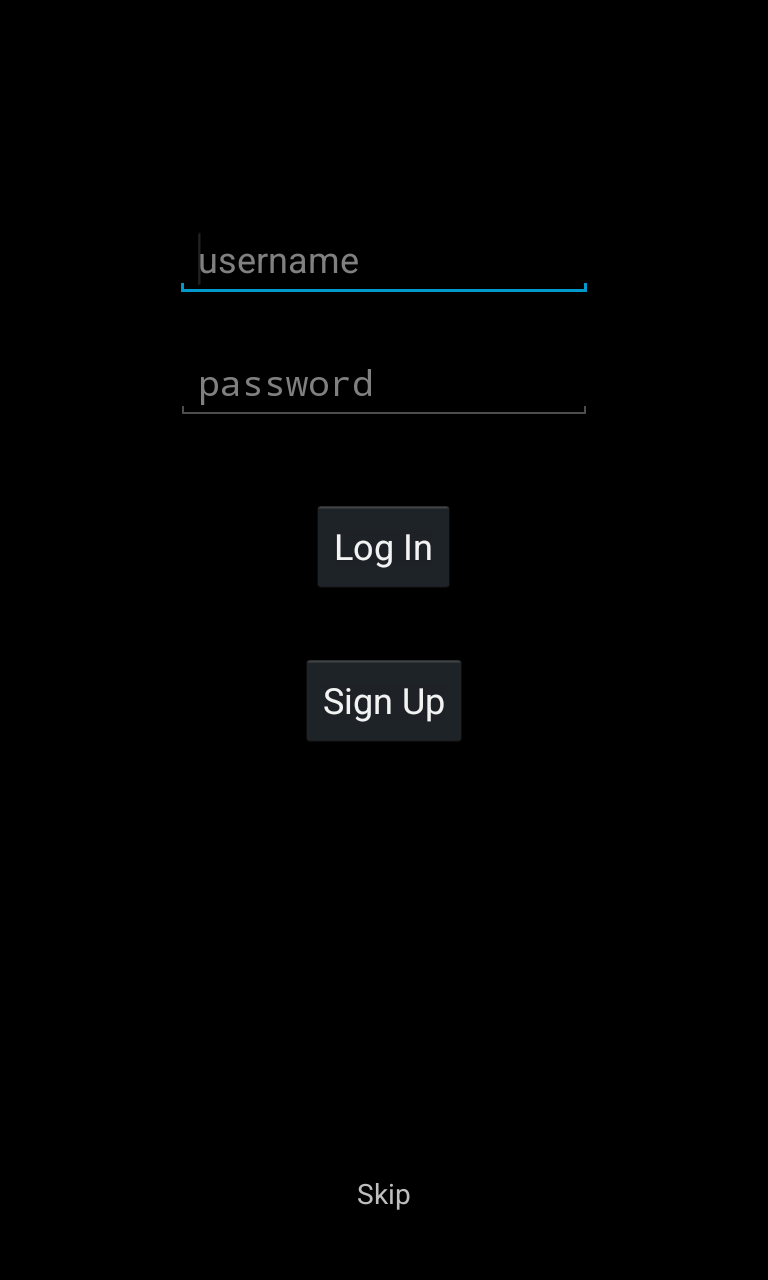
Repository: arianaantonio/CPMD
Layout: ContactsAppAndroid/res/layout/main.xml
The author's editor kept a copy of each file at every save. The layout is drawn from the files as they stood at one save, then again after the next save.
It is drawn on a 768 x 1280 px phone screen (xhdpi) without system bars, with theme android:Theme.Holo; the app's code is not run.

Above is the layout before, as saved 2014-10-29 07:18:10.

After the next save:
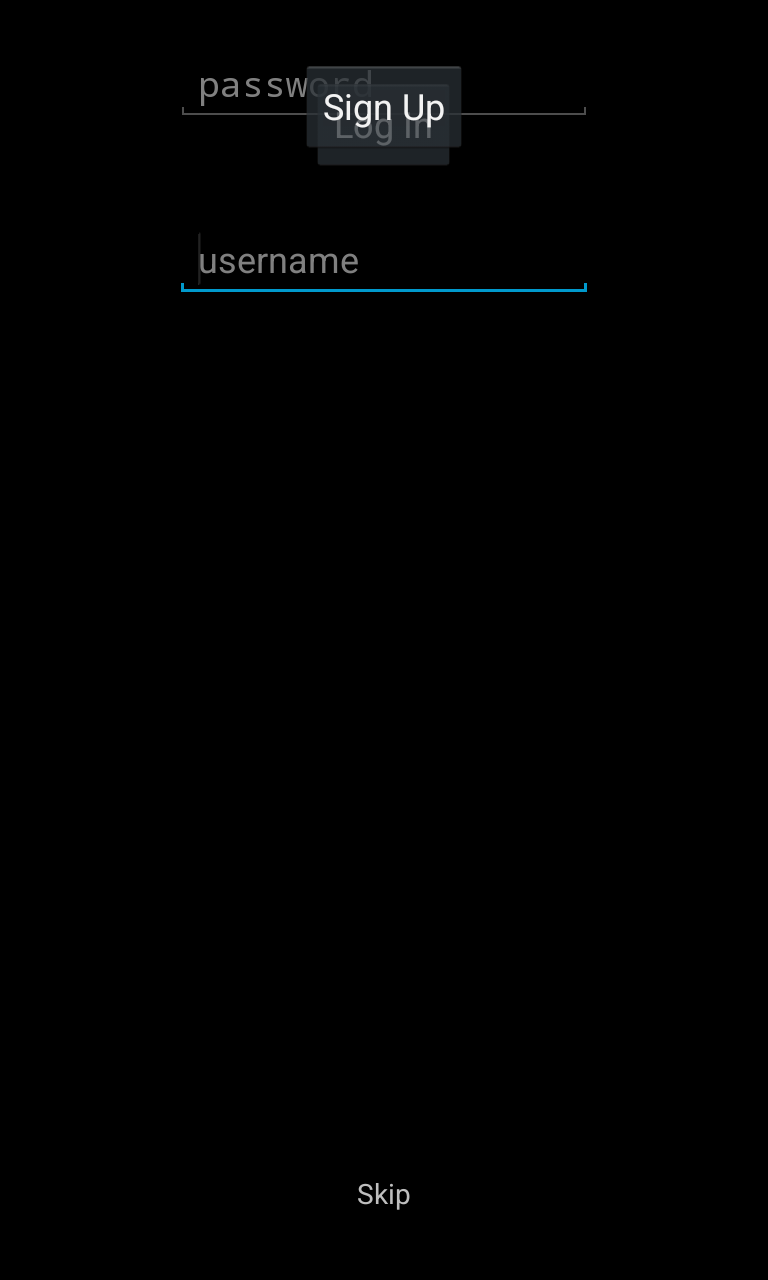
Saved 52 s later.
--- a/ContactsAppAndroid/res/layout/main.xml
+++ b/ContactsAppAndroid/res/layout/main.xml
@@ -5,7 +5,7 @@
     android:orientation="vertical" >
 
     <EditText
-        android:id="@+id/editText1"
+        android:id="@+id/usernameText"
         android:layout_width="wrap_content"
         android:layout_height="wrap_content"
         android:layout_alignParentTop="true"
@@ -18,7 +18,7 @@
     </EditText>
 
     <EditText
-        android:id="@+id/editText2"
+        android:id="@+id/passwordText"
         android:layout_width="wrap_content"
         android:layout_height="wrap_content"
         android:layout_below="@+id/editText1"
@@ -29,7 +29,7 @@
         android:inputType="textPassword" />
 
     <TextView
-        android:id="@+id/textView1"
+        android:id="@+id/skipLink"
         android:layout_width="wrap_content"
         android:layout_height="wrap_content"
         android:layout_alignParentBottom="true"
@@ -38,7 +38,7 @@
         android:text="@string/skip" />
 
     <Button
-        android:id="@+id/button1"
+        android:id="@+id/loginButton"
         android:layout_width="wrap_content"
         android:layout_height="wrap_content"
         android:layout_below="@+id/editText2"
@@ -47,7 +47,7 @@
         android:text="@string/login" />
 
     <Button
-        android:id="@+id/button2"
+        android:id="@+id/signupButton"
         android:layout_width="wrap_content"
         android:layout_height="wrap_content"
         android:layout_below="@+id/button1"

After the save that followed:
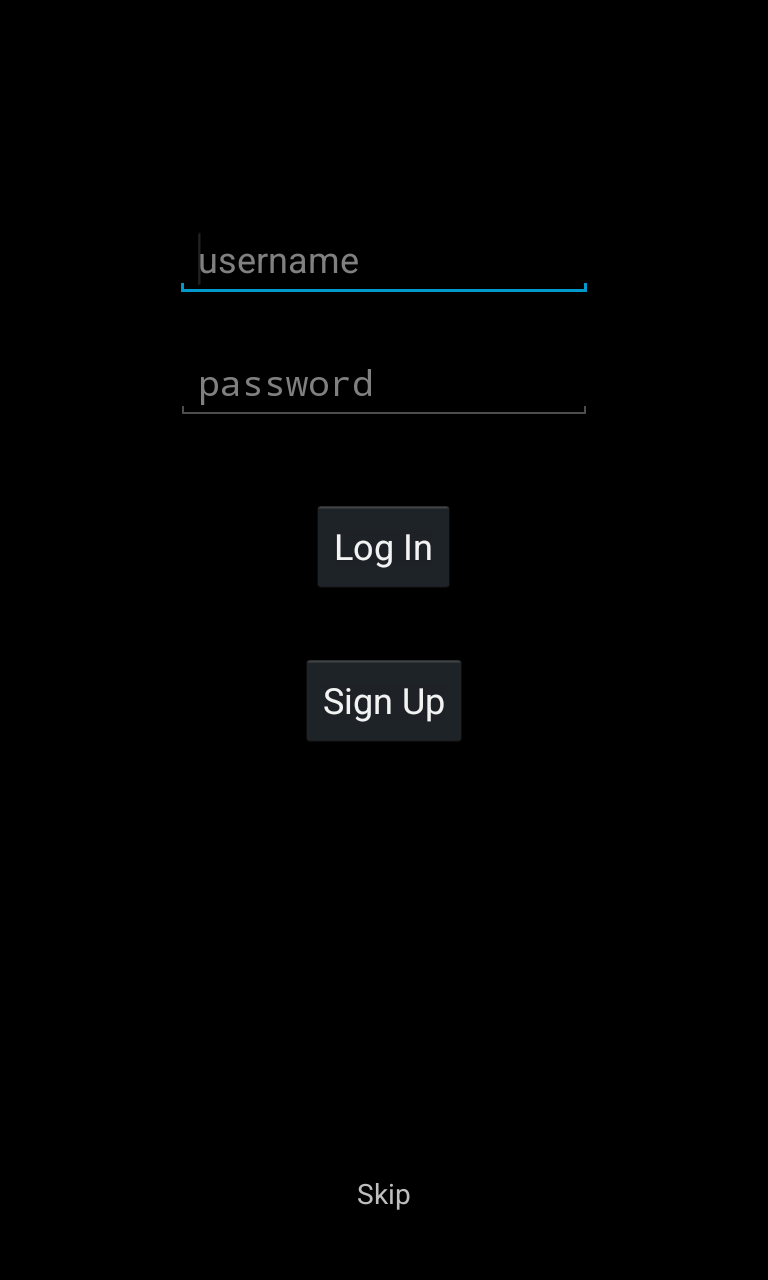
Saved 23 s later.
--- a/ContactsAppAndroid/res/layout/main.xml
+++ b/ContactsAppAndroid/res/layout/main.xml
@@ -21,7 +21,7 @@
         android:id="@+id/passwordText"
         android:layout_width="wrap_content"
         android:layout_height="wrap_content"
-        android:layout_below="@+id/editText1"
+        android:layout_below="@+id/usernameText"
         android:layout_centerHorizontal="true"
         android:layout_marginTop="22dp"
         android:ems="10"
@@ -41,7 +41,7 @@
         android:id="@+id/loginButton"
         android:layout_width="wrap_content"
         android:layout_height="wrap_content"
-        android:layout_below="@+id/editText2"
+        android:layout_below="@+id/passwordText"
         android:layout_centerHorizontal="true"
         android:layout_marginTop="38dp"
         android:text="@string/login" />
@@ -50,7 +50,7 @@
         android:id="@+id/signupButton"
         android:layout_width="wrap_content"
         android:layout_height="wrap_content"
-        android:layout_below="@+id/button1"
+        android:layout_below="@+id/loginButton"
         android:layout_centerHorizontal="true"
         android:layout_marginTop="29dp"
         android:text="@string/signup" />
